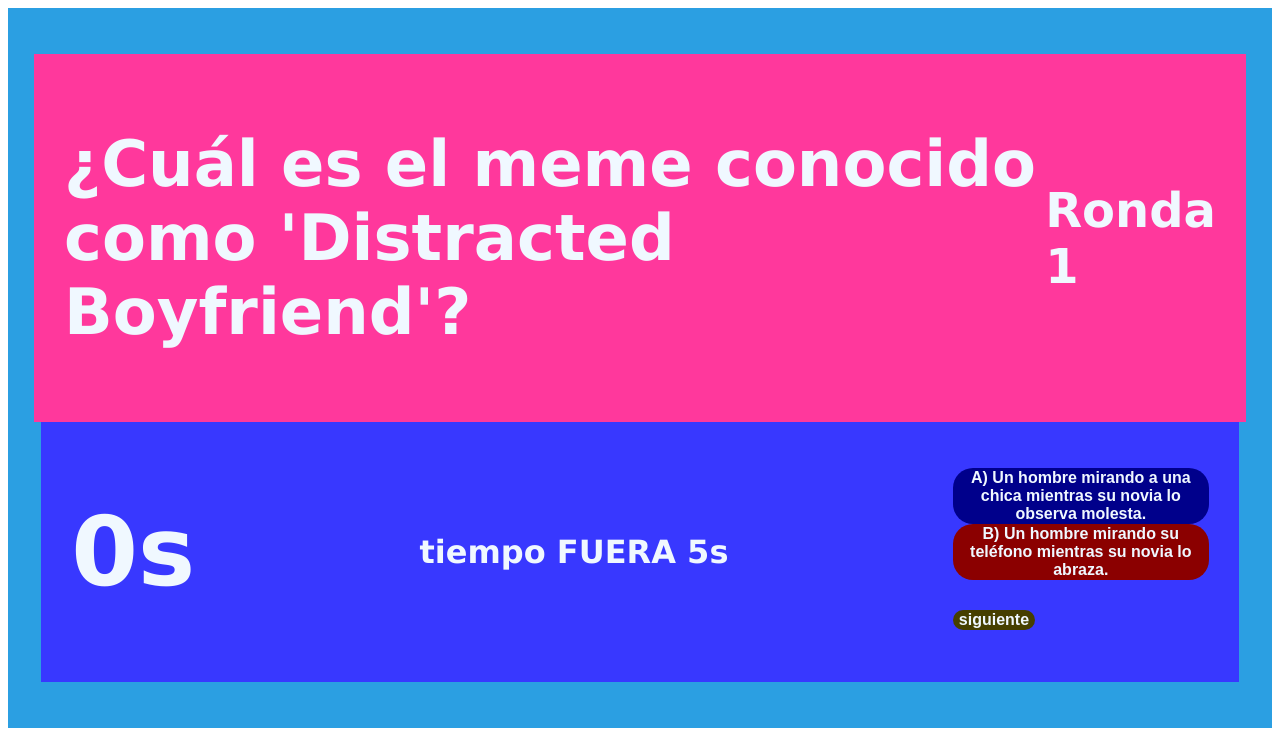
Repository: eschala/Proyecto_Clonaci-n_Kahoot_2023-2
Page: Borrador_Samir_Kahoot_NEW/Prueaba_Validar.html
These files come from the project's save history. The page is drawn as it stood at one moment and after a run of saves; the edit follows.
The browser window is 1280 px wide. The pictures show the whole page.

Above is the page before, as saved 2023-11-29 15:36:10.

### Borrador_Samir_Kahoot_NEW/Prueaba_Validar.html
<!DOCTYPE html>
<html lang="en">

<head>
    <meta charset="UTF-8">
    <meta name="viewport" content="width=device-width, initial-scale=1.0">
    <title>Document</title>
    <style>

    </style>
    <link rel="stylesheet" href="stylePrueba.css">

</head>

<body>
    <div class="container">

        <div class="sectionContainer">

            <h1 class="tituloClass">
                pregunta
            </h1>
            <h2 class="aviso">
                ()
            </h2>

            <div class="section_Buttons">
                <div class="btn_content"><button type="button" class="btn_1 botones">opcion A</button></div>
                <div class="btn_content"><button type="button" class="btn_2 botones">opcion B</button></div>
                    <button type="button" class="botones" id="nextBOTON">siguiente</button>


        </div>
            </div>
            <div class="sectionContainer_2">

                <h1 class="Pregunta_S">insertar pregunta</h1>
                <h1 class="aviso_S">aviso</h1>
            </div>

    </div>

    <script src="respuesta_VALIDAR.js"></script>
</body>

</html>

### Borrador_Samir_Kahoot_NEW/stylePrueba.css
.container {
    font-family: Verdana, Geneva, Tahoma, sans-serif;

    width: 100%;
    height: 100vh;
    background-color: rgb(43, 159, 226);

    display: flex;
    flex-direction: column;

    align-items: center;
    justify-content: center;

}

.sectionContainer {

    height: 200px;
    padding: 40px;
    width: 90%;

    background-color: rgb(56, 56, 255);

    display: flex;
    justify-content: space-between;
    align-items: center;
    color: aliceblue;

    font-size: 3rem;
    padding: 30px;

    order: 1;
}
.sectionContainer_2 {


    width: 90vw;

    background-color: rgb(255, 56, 156);

    display: flex;
    justify-content: space-between;
    align-items: center;
    color: aliceblue;

    font-size: 2rem;
    padding: 30px;

    order: 0;
}

.sub_Container_2 {

    height: 200px;
    width: 800px;

    background-color: red;

    display: flex;

}

.btn_content {
    max-width: 20vw;
    display: flex;

    align-items: center;
    justify-content: center;

    cursor: pointer;
}
.botones{
    background-color:rgb(70, 63, 0);
    font-weight: 700;


    color:aliceblue;
    font-size: 1rem;
    cursor: pointer;

    border-radius: 20px;
    border: 0px;
}

.btn_1 {


    background-color:darkblue;
}

.btn_2 {


    background-color:darkred;
}

.botones:hover{

    opacity: 50%;
    cursor: pointer;
}



.aviso_S{
    font-family: Verdana, Geneva, Tahoma, sans-serif;
    font-size: 3rem;
}
.Pregunta_S{
    font-size: 4rem;
}

### Borrador_Samir_Kahoot_NEW/respuesta_VALIDAR.js
const container_E=document.querySelector(".container");
const sectionContainer_E=document.querySelector(".sectionContainer");
const sub_Container_2_E=document.querySelector(".sub_Container_2");
const btn_1_E=document.querySelector(".btn_1");
const btn_2_E=document.querySelector(".btn_2");
const h2_E=document.querySelector(".aviso");
const tituloClass_E=document.querySelector(".tituloClass");

/* const container_element=".container";
const sectionContainer_element=".sectionContainer";
const sub_Container_2_element=".sub_Container_2";
const btn_1_element=".btn_1";
const btn_2_element=".btn_2";
const h2_element=".aviso";
const tituloClass_element=".tituloClass";

container_element=document.querySelector(container_element);
sectionContainer_element=document.querySelector(sectionContainer_element);
sub_Container_2_element=document.querySelector(sub_Container_2_element);
btn_1_element=document.querySelector(btn_1_element);
btn_2_element=document.querySelector(btn_2_element);
h2_element=document.querySelector(h2_element);
tituloClass_element=document.querySelector(tituloClass_element);
 */
   var contar_S=0;
   var contar_R=0;
   var vacio=0;
var segundos =3;

var contar_2=0;
const intervalo=1000;

const pregunta_E=document.querySelector(".Pregunta_S");
const aviso_E=document.querySelector(".aviso_S");

h2_E.style.display="block";
h2_E.style.fontSize="2rem";

var funcionPrueba=()=>{



    segundos--;


    tituloClass_E.innerHTML=segundos+ "s";


    if(segundos==contar_R){

    contar_S++;
    vacio=contar_S-1;

        clearInterval(timeRunning);
        segundos=3;
        activateTimeOUT();
        contar_2++;
        h2_E.innerHTML="tiempo FUERA 5s";aviso_E.innerHTML="Ronda "+contar_S;

        if(contar_S==3){

            contar_S=0;
        }
    }
    else{
        h2_E.innerHTML="";

    }



    pregunta_E.innerHTML=preguntas_String[vacio]

    btn_1_E.innerHTML=respuesta_Correcta_String[vacio]
    btn_2_E.innerHTML=respuesta_String[vacio]


}





/* const timeOuter = function (){

}  */

const activateTime=()=>{
timeRunning = setInterval(funcionPrueba,intervalo);
}
const activateTimeOUT=()=>{
tiempoFuera = setTimeout(intervalo*segundos);
}
activateTime();


const clickSiguiente =()=>{

    activateTime();
}

nextBOTON


const preguntas_String = [
    "¿Cuál es el meme conocido como 'Distracted Boyfriend'?",
    "¿Qué animal es el protagonista del meme 'Surprised Pikachu'?",
    "¿Quién es el protagonista del meme 'Hide the Pain Harold'?"
  ];

  const respuesta_String = [
    [ "B) Un hombre mirando su teléfono mientras su novia lo abraza."],
    ["A) Un gato."],
    [ "B) Un actor famoso."]
  ];

  const respuesta_Correcta_String = [
    "A) Un hombre mirando a una chica mientras su novia lo observa molesta.",
    "B) Un Pokémon.",
    "A) Un modelo de stock photography."];

After the next 5 saves:
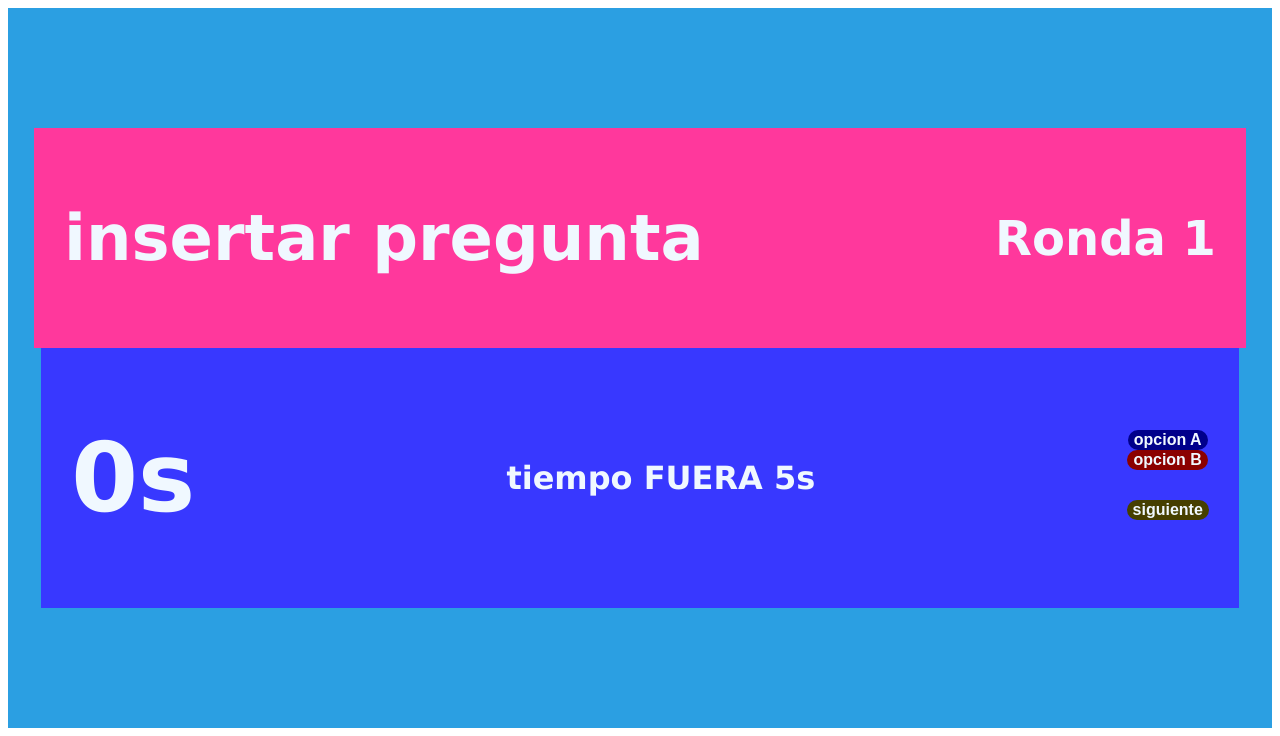
Console error (its wording comes from the project's code and is left out).
The 5 saves are shown as one change because they came seconds apart.
The last was saved 12 s later.
--- a/Borrador_Samir_Kahoot_NEW/respuesta_VALIDAR.js
+++ b/Borrador_Samir_Kahoot_NEW/respuesta_VALIDAR.js
@@ -99,7 +99,7 @@
     activateTime();
 }
 
-nextBOTON
+nextBOTON=document.querySelector("")
 
 
 const preguntas_String = [

After the 3 saves that followed:
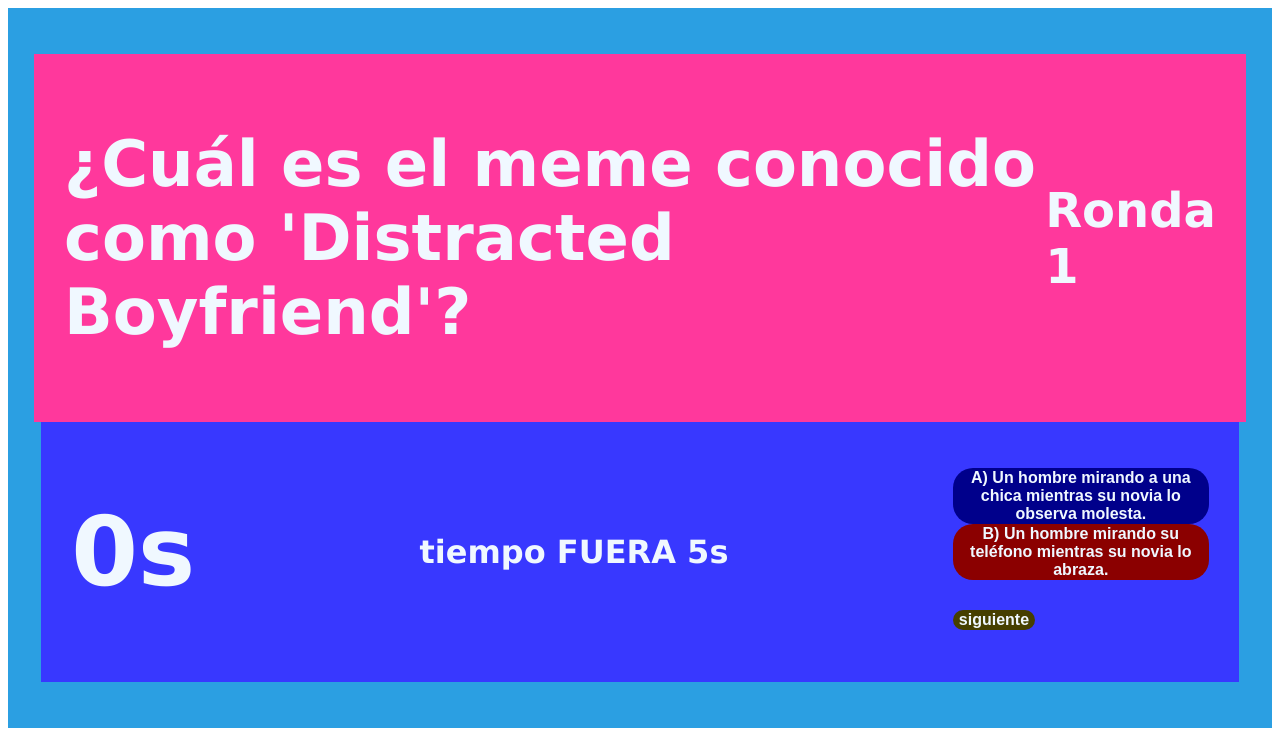
The error is gone.
The 3 saves are shown as one change because they came seconds apart.
The last was saved 8 s later.
--- a/Borrador_Samir_Kahoot_NEW/respuesta_VALIDAR.js
+++ b/Borrador_Samir_Kahoot_NEW/respuesta_VALIDAR.js
@@ -99,7 +99,7 @@
     activateTime();
 }
 
-nextBOTON=document.querySelector("")
+nextBOTON=document.querySelector("#nex")
 
 
 const preguntas_String = [
